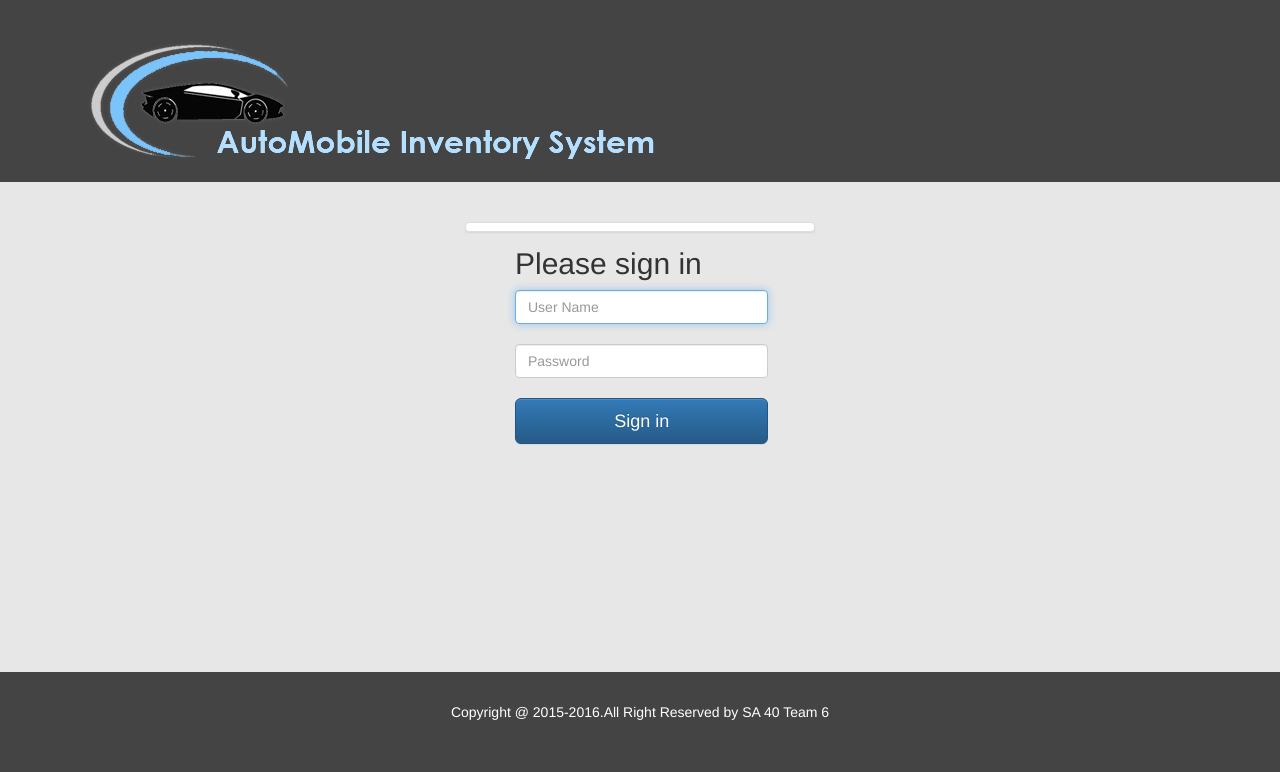
Repository: JiorMajor/InventorySystemWorkspace
Page: http://localhost/InventoryWebSA40Team6/ShowLogin
An editor plug-in stored every save of this project. The page is shown before and after the next save, followed by the edit.
The browser window is 1280 px wide. The pictures show the whole page.
The page is served by Tomcat 9. Other server files are loaded and not shown.

Above is the page before, as saved 2015-06-12 17:43:33.

### InventoryWebSA40Team6/WebContent/WEB-INF/decorators.xml
<?xml version="1.0" encoding="UTF-8"?>
<decorators defaultdir="/decorators">
    <decorator name="basic-theme" page="master-theme.jsp">
        <pattern>/pages/*</pattern>
    </decorator>
</decorators>

### InventoryWebSA40Team6/WebContent/index.jsp
<?xml version="1.0" encoding="UTF-8" ?>
<%@ taglib uri="http://www.opensymphony.com/sitemesh/decorator"
	prefix="decorator"%>
<%@ taglib prefix="c" uri="http://java.sun.com/jsp/jstl/core"%>
<html xmlns="http://www.w3.org/1999/xhtml">
<head>

<meta charset="utf-8">
<meta http-equiv="X-UA-Compatible" content="IE=edge">
<meta name="viewport" content="width=device-width, initial-scale=1">
<title>SitemeshDemo</title>
<!-- Bootstrap -->
<link href="bootstrap/css/bootstrap.min.css" type="text/css" rel="stylesheet" />
<link href="bootstrap/css/bootstrap-theme.min.css" type="text/css" rel="stylesheet" />
<link href="bootstrap/css/style.css" type="text/css" rel="stylesheet" />
<script type="text/javascript" src="bootstrap/js/jquery-1.11.3.min.js"></script>
<script type="text/javascript" src="bootstrap/js/bootstrap.min.js"></script>
<script type="text/javascript" src="bootstrap/js/modal.js"></script>
</head>
<body>
	<div class="header">
		<div class="container">
			<div class="row ">
				<div class="col-lg-12">
					<a href="#"><img src='images/3.png'></a>
				</div>
			</div>
		</div>
	</div><!-- End header -->

	<div class="container" style="height:490px">
	<div class="row">
	<div class="col-md-12 col-sm-12 col-xs-12" >
	<br><br>
	</div>
	</div>
	  <div class="row">
	  <div class="container">
	  <div class="col-md-4 col-sm-4 col-xs-4"></div>
	  <div class="col-md-4 col-sm-4 col-xs-4">
	  <div class="thumbnail">
	  <div class="col-md-1"></div>
	  <div class="col-md-10">
      <form class="form-signin" action="/InventoryWebSA40Team6/ValidateLogin" method=post>
        <h2 class="form-signin-heading">Please sign in</h2>
		<c:if test="${flag==\"false\"}">
			<h3 style="color:red">Login unsuccessful!</h3>
		</c:if>
        <label for="inputEmail" class="sr-only">Email address</label>
        <input type="text" id="inputEmail" class="form-control" placeholder="User Name" name="name" required autofocus>
        <br>
        <label for="inputPassword" class="sr-only">Password</label>
        <input type="password" id="inputPassword" class="form-control" placeholder="Password" name="password" required>
        <br>
        <button class="btn btn-lg btn-primary btn-block" type="submit">Sign in</button>
        <br><br>
      </form>
      </div>
      <div class="col-md-1"></div>
     	</div>
      <div class="col-md-4"></div>
      </div>
      </div>
      </div>
    </div> <!-- /container -->

		<div class="footer">
	<div class="container">
			<div class="row">
				<div class="col-lg-12">
					<center><p>Copyright @ 2015-2016.All Right Reserved by SA 40 Team 6</p></center>
				</div>
			</div>
		</div>

	</div>
</body>
</html>

### InventoryWebSA40Team6/src/controller/ShowLogin.java
package controller;

import java.io.IOException;

import javax.servlet.RequestDispatcher;
import javax.servlet.ServletException;
import javax.servlet.annotation.WebServlet;
import javax.servlet.http.HttpServlet;
import javax.servlet.http.HttpServletRequest;
import javax.servlet.http.HttpServletResponse;

/**
 * Servlet implementation class ShowLogin
 */
@WebServlet("/ShowLogin")
public class ShowLogin extends HttpServlet {
	private static final long serialVersionUID = 1L;

    /**
     * @see HttpServlet#HttpServlet()
     */
    public ShowLogin() {
        super();
        // TODO Auto-generated constructor stub
    }

	/**
	 * @see HttpServlet#doGet(HttpServletRequest request, HttpServletResponse response)
	 */
	protected void doGet(HttpServletRequest request, HttpServletResponse response) throws ServletException, IOException {
		// TODO Auto-generated method stub
		RequestDispatcher rd = request.getRequestDispatcher("/index.jsp");
		rd.forward(request, response);
	}

	/**
	 * @see HttpServlet#doPost(HttpServletRequest request, HttpServletResponse response)
	 */
	protected void doPost(HttpServletRequest request, HttpServletResponse response) throws ServletException, IOException {
		// TODO Auto-generated method stub
	}

}

### InventoryWebSA40Team6/WebContent/bootstrap/css/style.css
@CHARSET "UTF-8";
*{
	margin:0 auto;
	padding:0 auto;
}
body{
	background:#e7e7e7;
}

.header{
	padding:30px 0 ;
	border:1px solid #ccc;
    padding: 10px 0;
    width: 100%;
    background:#444;
    border:0;
    margin:0;

}
.header img{border:0;}
.menu{
	background: #ccc;
	box-shadow:2px -1px 13px #333;

}
.footer{
	background:#444;
	padding:30px 0;
	width:100%;
	height:100px;
}
p{
	color:#fff;
}
img{
	border:1px solid #ccc;
}
.main{
	padding-top:30px;
	padding-bottom:30px;
}
.main p{
	color:#333;
}
.navbar-default{
	color:none;
	border:none;
	box-shadow:none;
}
.navbar{margin-bottom:0;}
.navbar-header{
	background:none;
	color:#fff;
}
a.navbar-brand{
	color:none;
	padding-left:0;
	padding-right: 70px;
}
.navbar-default{
	background:none;
	padding:0;
}
.navbar-default .navbar-brand{color:#444;}

h1{padding-bottom:30px;}*/

select{
	width:100%;
	padding-top:10px;
	padding-bottom:4px;

}
/*
table{
	width:100%;

}

table tr td{
	border:1px solid #ccc;
	padding:5px;
	text-algin:center;

}
table form input{
	width:50%;
}
table tr td input{
	margin:5px;

}

table tr.title{
	font-weight: bold;
	font-size:16px;

}*/

.button{
	margin-top:20px;
	float:right;
}
hr{border-color:rgb(204,204,204);}

.imp{
	color:red;
	font-weight: bold;
	font-size:16px;
}
h4.success{
	color:green;
	background:#f0f0f0;
	border:1px solid #ccc;
	padding:10px;
	margin:0 0 35px;
}

.navbar-default .navbar-nav > li > a{
	color: #333;
    font-size: 15px;

}

.navbar-default .navbar-nav > li > a:focus, .navbar-default .navbar-nav > li > a:hover{
	background: rgb(231,231,231);
}
.dropdown-menu{
	padding-top:0;

}
.dropdown-menu .divider{
	margin:0 0;
	border-bottom: 1px dashed;
	background-color: #ccc;
    height: 0;
}
.dropdown-menu > li > a{
	padding-top:10px;
	padding-bottom:10px;
	color:#ccc;
}
.dropdown-menu{
	background-color: #595959;
	opacity:0.4%;
}
.alert-danger{
	float:left;
	margin-bottom:20px;
	width:100%;
}

.cus{
	margin:20px 0;
}
.navbar-nav .open .dropdown-menu{
	background-color: #ccc;
}
#bs-example-navbar-collapse-1 > ul> li>ul .navbar-nav .open .dropdown-menu {
	background: #ccc;
}

#bs-example-navbar-collapse-1 > ul > li > ul.dropdown-menu{
	background-color:#595959;
	opacity:0.4%;
}
#bs-example-navbar-collapse-1 > ul > li > ul > li> a{
	color:#ccc;
}
#bs-example-navbar-collapse-1 > ul > li > ul > li> a:hover{
	background: rgb(231,231,231);
	color:#333;
}

### InventoryWebSA40Team6/WebContent/bootstrap/js/modal.js
/**
 *
 */
$('#myModal').on('shown.bs.modal', function () {
  $('#myInput').focus()
})

Loaded but not shown: InventoryWebSA40Team6/WebContent/bootstrap/css/bootstrap.min.css (library); InventoryWebSA40Team6/WebContent/bootstrap/css/bootstrap-theme.min.css (library); InventoryWebSA40Team6/WebContent/bootstrap/js/jquery-1.11.3.min.js (library); InventoryWebSA40Team6/WebContent/bootstrap/js/bootstrap.min.js (library)

After the next save:
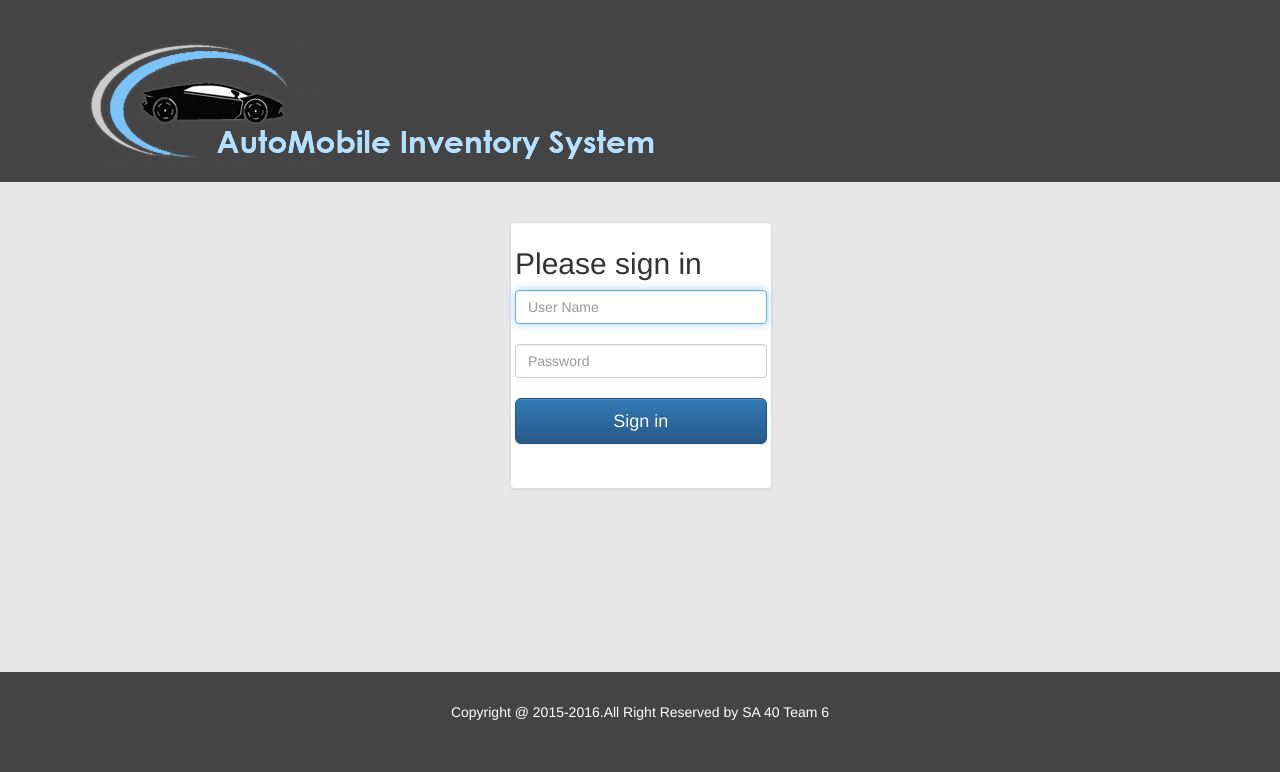
Saved 53 s later.
--- a/InventoryWebSA40Team6/WebContent/index.jsp
+++ b/InventoryWebSA40Team6/WebContent/index.jsp
@@ -38,9 +38,9 @@
 	  <div class="container">
 	  <div class="col-md-4 col-sm-4 col-xs-4"></div>
 	  <div class="col-md-4 col-sm-4 col-xs-4">
-	  <div class="thumbnail">
 	  <div class="col-md-1"></div>
 	  <div class="col-md-10">
+	  <div class="thumbnail">
       <form class="form-signin" action="/InventoryWebSA40Team6/ValidateLogin" method=post>
         <h2 class="form-signin-heading">Please sign in</h2>
 		<c:if test="${flag==\"false\"}">
@@ -56,8 +56,9 @@
         <br><br>
       </form>
       </div>
+      </div>
       <div class="col-md-1"></div>
-     	</div>
+
       <div class="col-md-4"></div>
       </div>
       </div>
